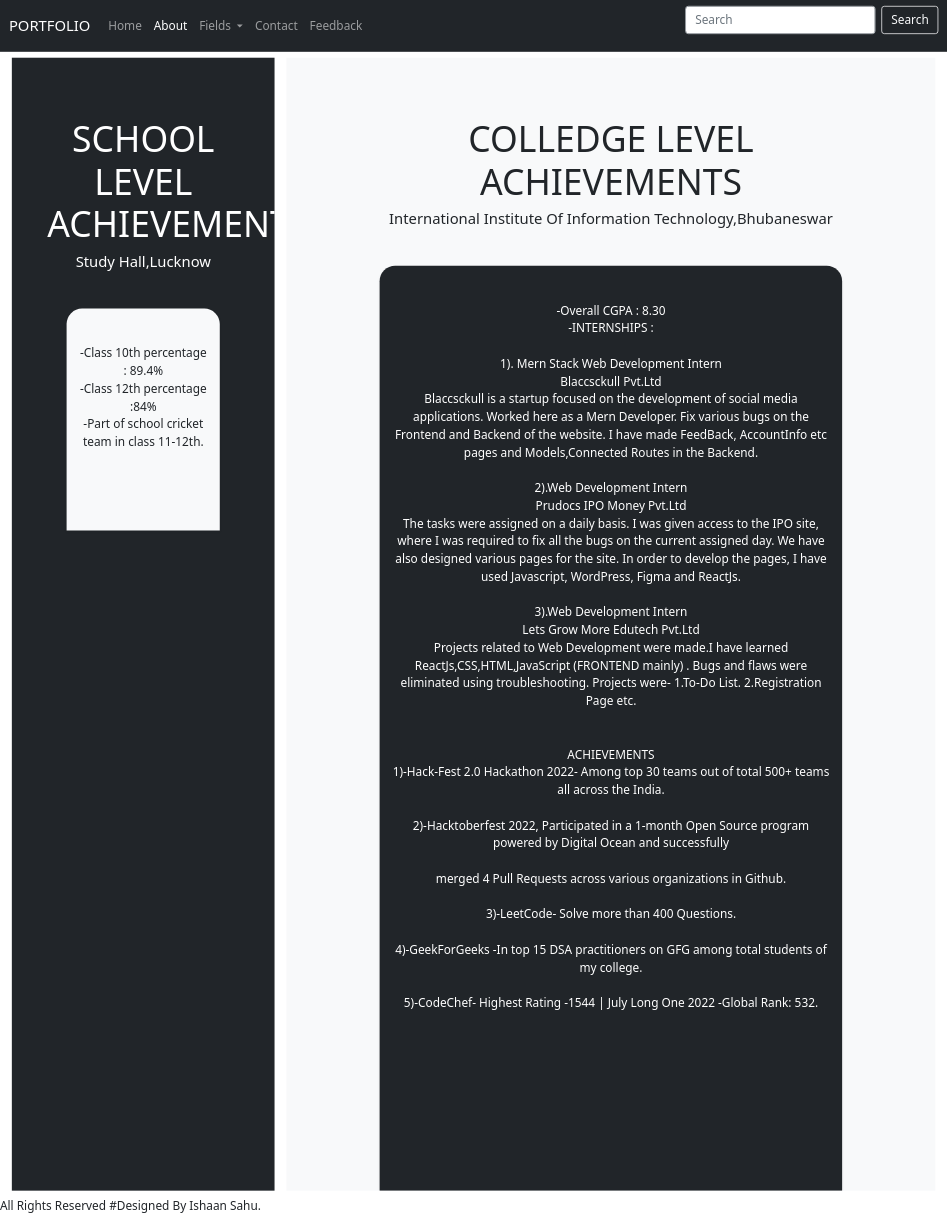
Repository: ishaan51551/Ishaan-s-Portfolio-
Page: about.html
The author's editor kept a copy of each file at every save. The page is drawn from the files as they stood at one save, then again after the next save.
The browser window is 1280 px wide. The pictures show the whole page, at 74% of full size.

Above is the page before, as saved 2023-09-13 16:21:50.

### about.html
</body>

</html>

<!doctype html>
<html lang="en">

<head>
  <!-- Required meta tags -->
  <meta charset="utf-8">
  <meta name="viewport" content="width=device-width, initial-scale=1">

  <!-- Bootstrap CSS -->
  <link href="https://cdn.jsdelivr.net/npm/bootstrap@5.1.1/dist/css/bootstrap.min.css" rel="stylesheet"
    integrity="sha384-F3w7mX95PdgyTmZZMECAngseQB83DfGTowi0iMjiWaeVhAn4FJkqJByhZMI3AhiU" crossorigin="anonymous">

  <title>Ishaan Sahu Portfolio</title>
</head>

<body>


  <!-- NAVBAR -->
  <nav class="navbar navbar-expand-lg navbar-dark bg-dark">
    <div class="container-fluid">
      <a class="navbar-brand" href="#">PORTFOLIO </a>
      <button class="navbar-toggler" type="button" data-bs-toggle="collapse" data-bs-target="#navbarSupportedContent"
        aria-controls="navbarSupportedContent" aria-expanded="false" aria-label="Toggle navigation">
        <span class="navbar-toggler-icon"></span>
      </button>
      <div class="collapse navbar-collapse" id="navbarSupportedContent">
        <ul class="navbar-nav me-auto mb-2 mb-lg-0">
          <li class="nav-item">
            <a class="nav-link " aria-current="page" href="index.html">Home</a>
          </li>
          <li class="nav-item">
            <a class="nav-link active" href="/about.html">About</a>
          </li>
          <li class="nav-item dropdown">
            <a class="nav-link dropdown-toggle" href="#" id="navbarDropdown" role="button" data-bs-toggle="dropdown"
              aria-expanded="false">
              Fields
            </a>
            <ul class="dropdown-menu" aria-labelledby="navbarDropdown">
              <li><a class="dropdown-item" href="programming.html">Programming</a></li>
              <li><a class="dropdown-item" href="webdev.html">Web Devlopment</a></li>
              <li>
                <hr class="dropdown-divider">
              </li>
              <li><a class="dropdown-item" href="extracurricular.html">Extra Curricular</a></li>
            </ul>
          </li>
          <li class="nav-item">
            <a class="nav-link " aria-current="page" href="contact.html">Contact</a>
          </li>

          <li class="nav-item">
            <a class="nav-link" href="feedback.html">Feedback</a>

          </li>

        </ul>
        <form class="d-flex">
          <input class="form-control me-2" type="search" placeholder="Search" aria-label="Search">
          <button class="btn btn-outline-light" type="submit">Search</button>

        </form>
      </div>
    </div>
  </nav>

  <!-- Optional JavaScript; choose one of the two! -->

  <!-- Option 1: Bootstrap Bundle with Popper -->
  <script src="https://cdn.jsdelivr.net/npm/bootstrap@5.1.1/dist/js/bootstrap.bundle.min.js"
    integrity="sha384-/bQdsTh/da6pkI1MST/rWKFNjaCP5gBSY4sEBT38Q/9RBh9AH40zEOg7Hlq2THRZ"
    crossorigin="anonymous"></script>



  <!-- boxes -->
  <div class="d-md-flex flex-md-equal w-100my-md-3 ps-md-3 my-2 justify-content-center align item center">
    <div class="bg-dark me-md-3 pt-3 px-3 pt-md-5 px-md-5 text-center text-white overflow-hidden">
      <div class="my-3 py-3 ">
        <h2 class="display-5">SCHOOL LEVEL ACHIEVEMENTS</h2>
        <p class="lead">Study Hall,Lucknow</p>
      </div>
      <div class="bg-light shadow-sm mx-auto" style="width: 80%; height: 300px; border-radius: 21px 21px 0 0;">
        <p class="dance text-dark overfow-hidden text-center px-3 py-5">-Class 10th percentage : 89.4%</br>
          -Class 12th percentage :84%</br>
          -Part of school cricket team in class 11-12th.<br>
        </p>

      </div>
    </div>
    <div class="bg-light me-md-3 pt-3 px-3 pt-md-5 px-md-5 text-center overflow-hidden">
      <div class="my-3 p-3">
        <h2 class="display-5">COLLEDGE LEVEL ACHIEVEMENTS</h2>
        <p class="lead">International Institute Of Information Technology,Bhubaneswar</p>
      </div>
      <div class="bg-dark shadow-sm mx-auto" style="width: 80%; height: 1250px; border-radius: 21px 21px 0 0;">
        <p class="swing text-white text-center px-3 py-5">
          -Overall CGPA : 8.30</br>
          -INTERNSHIPS :</br>
          <br>
          1). Mern Stack Web Development Intern<br>
          Blaccsckull Pvt.Ltd<br>
          Blaccsckull is a startup focused on the development of social media applications. Worked here as a Mern
          Developer.
          Fix various bugs on the Frontend and Backend of the website.
          I have made FeedBack, AccountInfo etc pages and Models,Connected Routes in the Backend.
          <br>
          <br>
          2).Web Development Intern<br>
          Prudocs IPO Money Pvt.Ltd<br>
          The tasks were assigned on a daily basis.
          I was given access to the IPO site, where I was required to fix all the bugs on the current assigned day. We
          have also designed various pages for the site.
          In order to develop the pages, I have used Javascript, WordPress, Figma and ReactJs.
          <br>
          <br>
          3).Web Development Intern<br>
          Lets Grow More Edutech Pvt.Ltd<br>
          Projects related to Web Development were made.I have learned ReactJs,CSS,HTML,JavaScript (FRONTEND mainly) .
          Bugs and flaws were eliminated using troubleshooting.
          Projects were-
          1.To-Do List.
          2.Registration Page etc.
          <br><br><br>
          ACHIEVEMENTS<br>
          1)-Hack-Fest 2.0 Hackathon 2022- Among top 30 teams out of total 500+ teams all across the India.<br><br>
          2)-Hacktoberfest 2022, Participated in a 1-month Open Source program powered by Digital Ocean and successfully<br><br>
          merged 4 Pull Requests across various organizations in Github.<br><br>
          3)-LeetCode- Solve more than 400 Questions.<br><br>
          4)-GeekForGeeks -In top 15 DSA practitioners on GFG among total students of my college. <br><br>
          5)-CodeChef- Highest Rating -1544 | July Long One 2022 -Global Rank: 532.<br><br>

        </p>
        </p>
      </div>
    </div>
  </div>

  <!-- FOOTER  -->
  <footer class="blog-footer">
    <p>All Rights Reserved #Designed By Ishaan Sahu.</p>
    <p>

    </p>
  </footer>
</body>

</html>

After the next save:
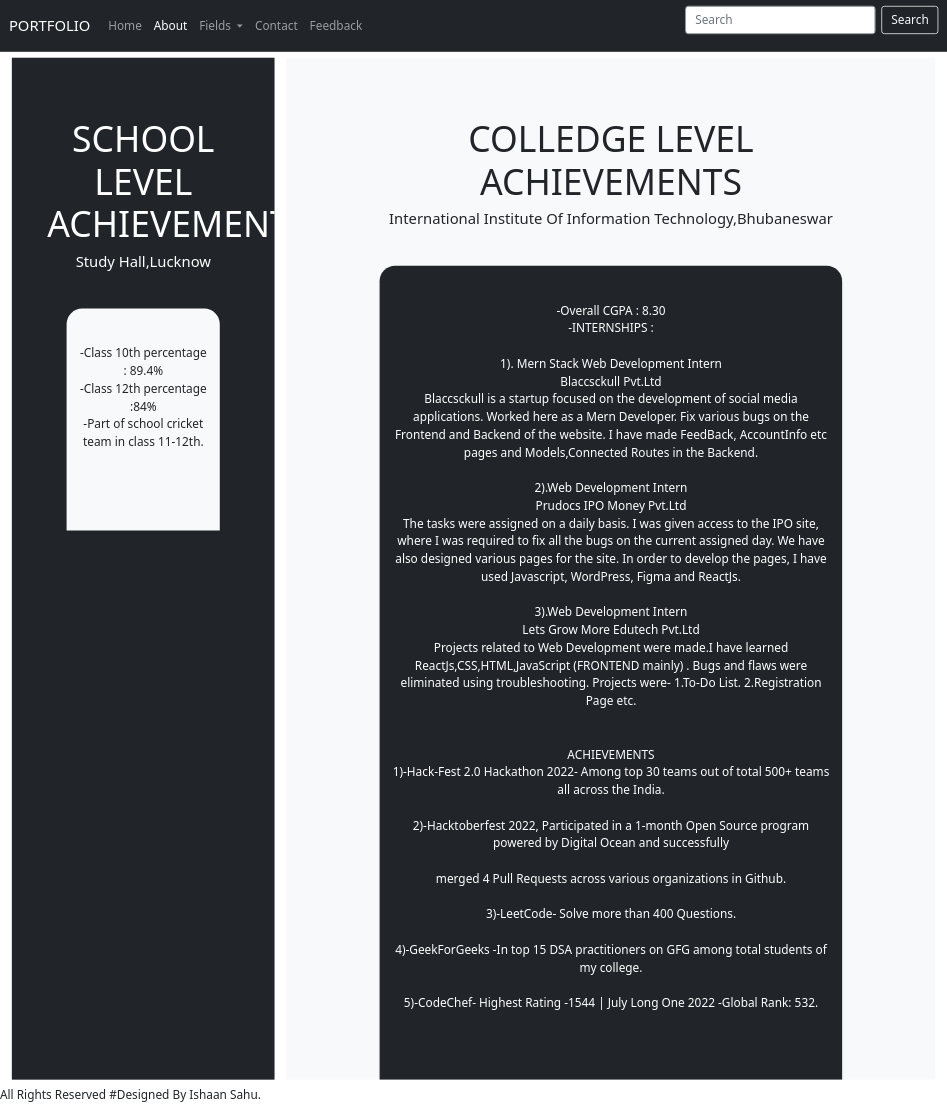
Saved 14 s later.
--- a/about.html
+++ b/about.html
@@ -98,7 +98,7 @@
         <h2 class="display-5">COLLEDGE LEVEL ACHIEVEMENTS</h2>
         <p class="lead">International Institute Of Information Technology,Bhubaneswar</p>
       </div>
-      <div class="bg-dark shadow-sm mx-auto" style="width: 80%; height: 1250px; border-radius: 21px 21px 0 0;">
+      <div class="bg-dark shadow-sm mx-auto" style="width: 80%; height: 1100px; border-radius: 21px 21px 0 0;">
         <p class="swing text-white text-center px-3 py-5">
           -Overall CGPA : 8.30</br>
           -INTERNSHIPS :</br>
